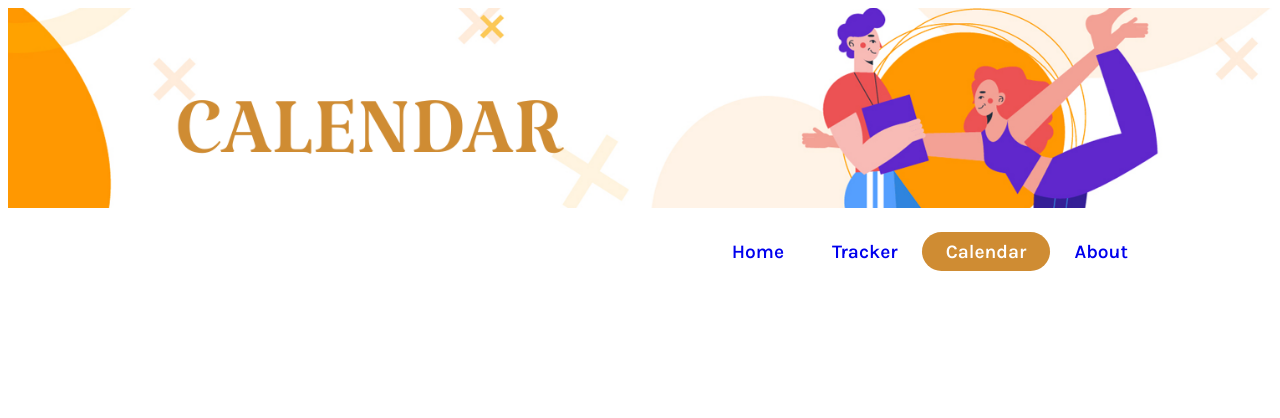
Repository: SandyLy453/habit-tracker
Page: http://localhost/calendar
The author's editor kept a copy of each file at every save. The page is drawn from the files as they stood at one save, then again after the next save.
The browser window is 1280 px wide. The pictures show the whole page.
The page is served by the project's Node server (server.js).

Above is the page before, as saved 2025-03-16 17:00:12.

After the next save:
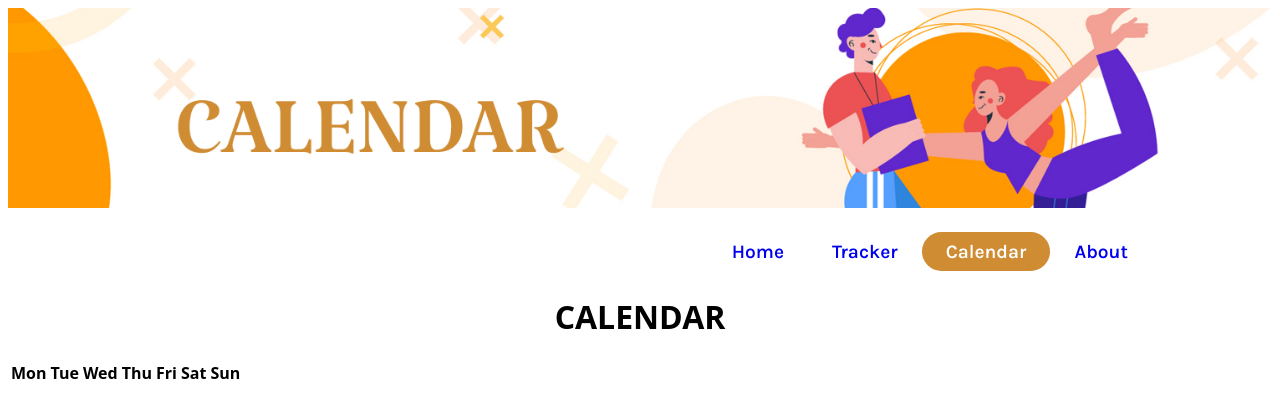
Console error: SyntaxError: Identifier 'firstDay' has already been declared
Saved 77 s later.
--- a/views/pages/calendar.ejs
+++ b/views/pages/calendar.ejs
@@ -10,5 +10,70 @@
 </head>
 <body>
     <%- include('../partials/header', { activePage: 'calendar' }) %>
+
+    <div class="calendar-container">
+        <header class="calendar-header">
+          <h1>CALENDAR</h1>
+        </header>
+
+        <div class="calendar-nav">
+          <h2 id="month-year"></h2>
+        </div>
+
+        <table class="calendar-table">
+          <thead>
+            <tr>
+              <th>Mon</th><th>Tue</th><th>Wed</th>
+              <th>Thu</th><th>Fri</th><th>Sat</th><th>Sun</th>
+            </tr>
+          </thead>
+          <tbody id="calendar-body"></tbody>
+        </table>
+      </div>
+
+      <script>
+        const currentMonth = <%= currentMonth %>;
+        const currentYear = <%= currentYear %>;
+
+        function renderCalendar(month, year) {
+          const firstDay = new Date(year = year, month = currentMonth, 1);
+          const firstDayIndex = (firstDay => (firstDay.getDay() + 6) % 7);
+          const daysInMonth = new Date(year, month + 1, 0).getDate();
+
+          let weeks = [];
+          let week = new Array(7).fill(null);
+          let calendarBody = document.getElementById('calendar-body');
+          calendarBody.innerHTML = "";
+
+          const firstDay = new Date(year, month, 1);
+          let startDay = (firstDay.getDay() + 6) % 7;
+
+          let dateCount = 1;
+          for (let i = 0; i < 6; i++) {
+            let row = document.createElement('tr');
+            for (let j = 0; j < 7; j++) {
+              let cell = document.createElement('td');
+              cell.className = "calendar-day";
+
+              if (i === 0 && j < firstDay) {
+                cell.innerHTML = "";
+              } else if (dateCount > daysInMonth) {
+                cell.innerHTML = "";
+              } else {
+                cell.innerHTML = `<span class="date-number">${dateCount}</span>`;
+                if (month === 2 && dateCount === 9) {
+                  let eventDiv = document.createElement('div');
+                  eventDiv.className = "event";
+                  eventDiv.innerText = "Spring break";
+                  cell.appendChild(eventDiv);
+                }
+                dateCount++;
+              }
+              calendarBody.appendChild(row);
+            }
+          }
+
+        generateCalendar(currentMonth, currentYear);
+      </script>
 </body>
 </html>

After the 2 saves that followed:
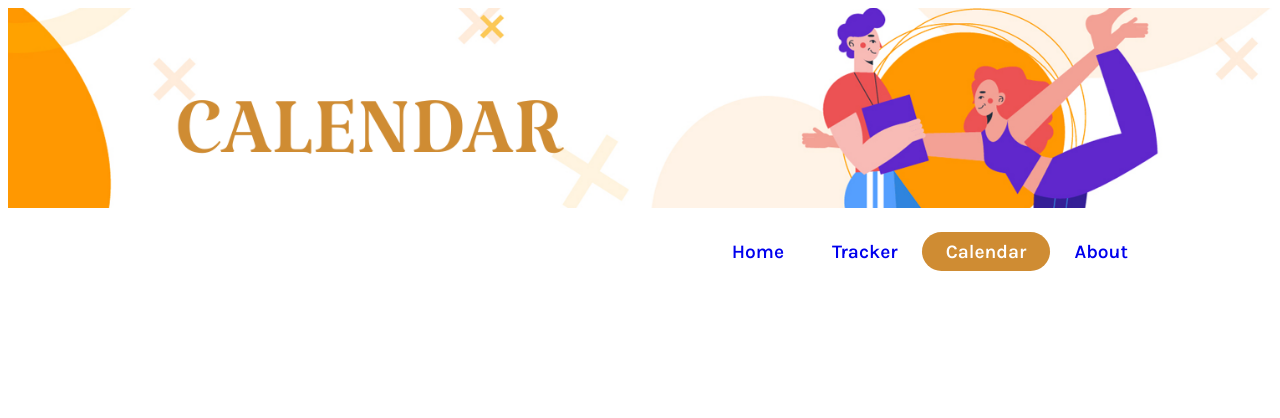
The error is gone.
The 2 saves are shown as one change because 1 left the picture as it was.
The last was saved 117 s later.
--- a/views/pages/calendar.ejs
+++ b/views/pages/calendar.ejs
@@ -11,69 +11,6 @@
 <body>
     <%- include('../partials/header', { activePage: 'calendar' }) %>
 
-    <div class="calendar-container">
-        <header class="calendar-header">
-          <h1>CALENDAR</h1>
-        </header>
 
-        <div class="calendar-nav">
-          <h2 id="month-year"></h2>
-        </div>
-
-        <table class="calendar-table">
-          <thead>
-            <tr>
-              <th>Mon</th><th>Tue</th><th>Wed</th>
-              <th>Thu</th><th>Fri</th><th>Sat</th><th>Sun</th>
-            </tr>
-          </thead>
-          <tbody id="calendar-body"></tbody>
-        </table>
-      </div>
-
-      <script>
-        const currentMonth = <%= currentMonth %>;
-        const currentYear = <%= currentYear %>;
-
-        function renderCalendar(month, year) {
-          const firstDay = new Date(year = year, month = currentMonth, 1);
-          const firstDayIndex = (firstDay => (firstDay.getDay() + 6) % 7);
-          const daysInMonth = new Date(year, month + 1, 0).getDate();
-
-          let weeks = [];
-          let week = new Array(7).fill(null);
-          let calendarBody = document.getElementById('calendar-body');
-          calendarBody.innerHTML = "";
-
-          const firstDay = new Date(year, month, 1);
-          let startDay = (firstDay.getDay() + 6) % 7;
-
-          let dateCount = 1;
-          for (let i = 0; i < 6; i++) {
-            let row = document.createElement('tr');
-            for (let j = 0; j < 7; j++) {
-              let cell = document.createElement('td');
-              cell.className = "calendar-day";
-
-              if (i === 0 && j < firstDay) {
-                cell.innerHTML = "";
-              } else if (dateCount > daysInMonth) {
-                cell.innerHTML = "";
-              } else {
-                cell.innerHTML = `<span class="date-number">${dateCount}</span>`;
-                if (month === 2 && dateCount === 9) {
-                  let eventDiv = document.createElement('div');
-                  eventDiv.className = "event";
-                  eventDiv.innerText = "Spring break";
-                  cell.appendChild(eventDiv);
-                }
-                dateCount++;
-              }
-              calendarBody.appendChild(row);
-            }
-          }
-
-        generateCalendar(currentMonth, currentYear);
-      </script>
 </body>
 </html>
--- a/server.js
+++ b/server.js
@@ -56,12 +56,15 @@ app.get('/tracker', (req, res) => {
 
 app.get('/calendar', (req, res) => {
   const currentDate = new Date();
+  const currentMonth = currentDate.getMonth();
+  const currentYear = currentDate.getFullYear();
+
   res.render('pages/calendar', {
-    title: "My Calendar",
+    title: "Calendar",
     activePage: 'calendar',
     paragraph: "",
-    currentMonth: currentDate.getMonth(),
-    currentYear: currentDate.getFullYear(),
+    currentMonth,
+    currentYear
   });
 });
 
